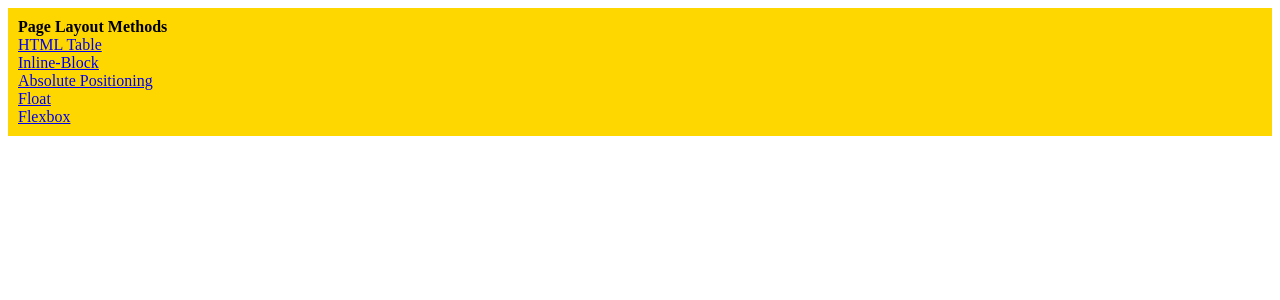
Repository: aniatot/CSS_KT
Page: 4 Display Flex/index.html
An editor plug-in stored every save of this project. The page is shown before and after the next save, followed by the edit.
The browser window is 1280 px wide. The pictures show the whole page.

Above is the page before, as saved 2023-10-18 21:18:03.

After the next save:
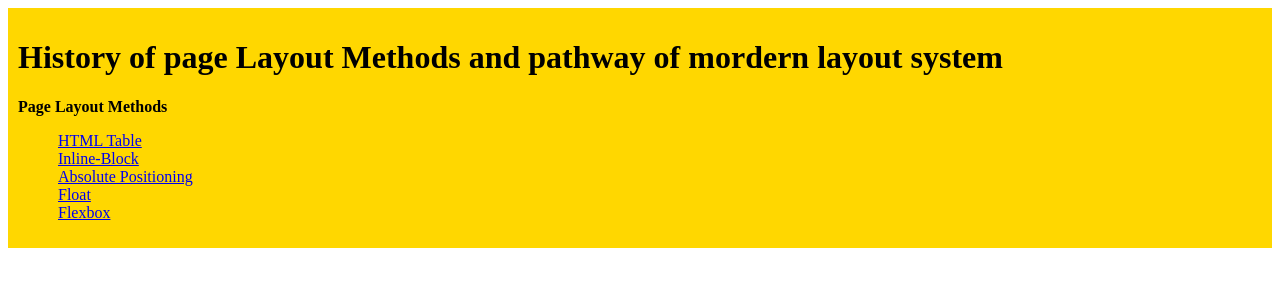
Saved 15 min 48 s later.
--- a/4 Display Flex/index.html
+++ b/4 Display Flex/index.html
@@ -26,14 +26,15 @@
 
 <body>
   <div class="container">
+    <h1>History of page Layout Methods and pathway of mordern layout system</h1>
     <p>Page Layout Methods</p>
-
+  <ul>
     <li><a href="./html-table.html">HTML Table</a></li>
     <li><a href="./inline-block.html">Inline-Block</li>
     <li><a href="./absolute-position.html">Absolute Positioning</li>
     <li><a href="./float.html">Float</li>
     <li><a href="./flex.html">Flexbox</li>
-
+  </ul>
   </div>
 </body>
 
